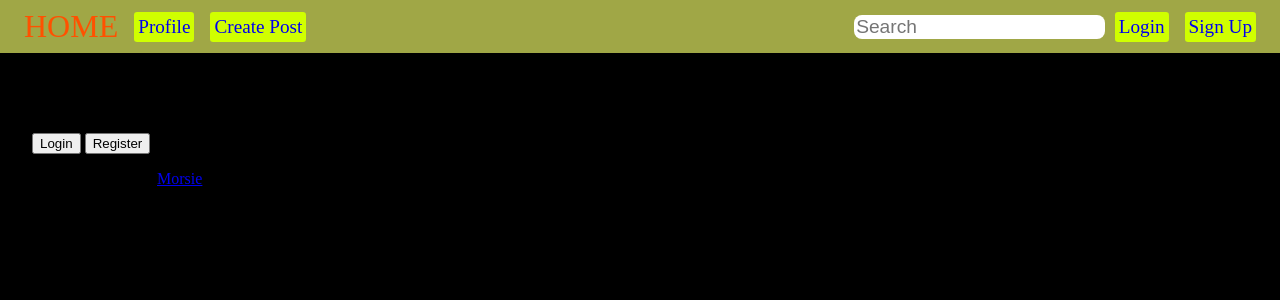
Repository: MorsChen/python-blog
Page: templates/home.html
The author's editor kept a copy of each file at every save. The page is drawn from the files as they stood at one save, then again after the next save.
The browser window is 1280 px wide. The pictures show the whole page.
The page is served by the project's application, run on Flask 3 (default.py). The template is opened directly, without the code that normally fills it, so the values that code supplies are empty.

Above is the page before, as saved 2019-09-09 17:06:48.

After the next save:
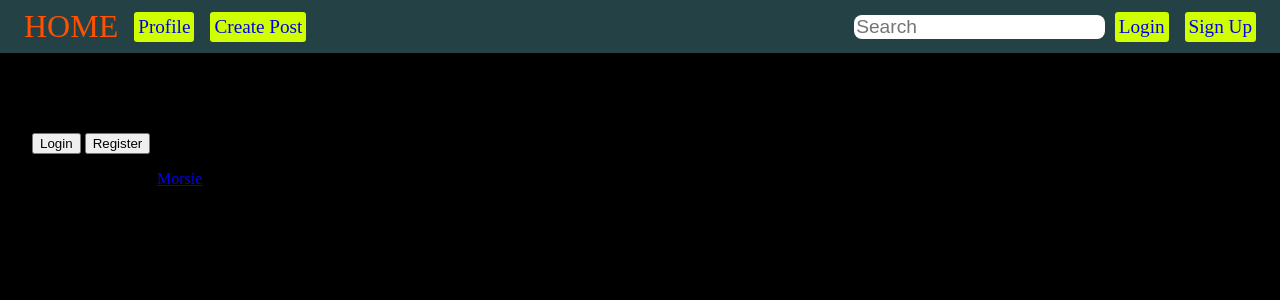
Saved 10 s later.
--- a/static/style.css
+++ b/static/style.css
@@ -4,7 +4,7 @@
 }
 
 .NavBar {
- background-color: rgb(255, 208, 0);
+ background-color: rgb(255, 208, 0) transparent;
 }
 
 .nav-box-content{

After the save that followed:
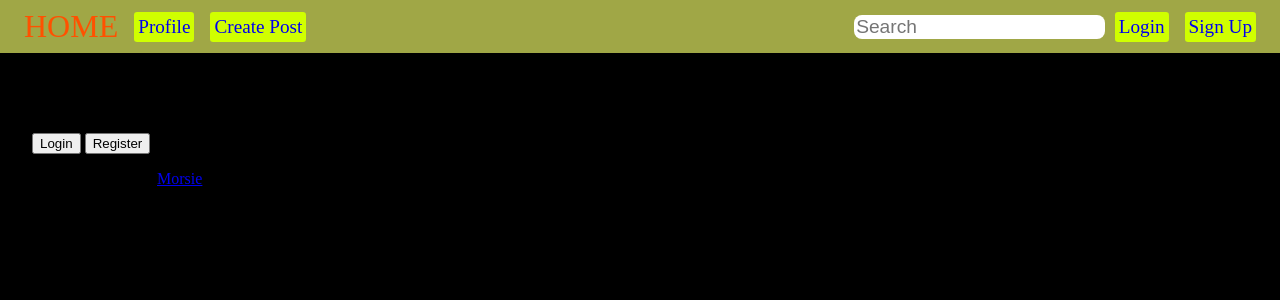
Saved 10 s later.
--- a/static/style.css
+++ b/static/style.css
@@ -4,7 +4,7 @@
 }
 
 .NavBar {
- background-color: rgb(255, 208, 0) transparent;
+ background-color: rgb(255, 208, 0);
 }
 
 .nav-box-content{
